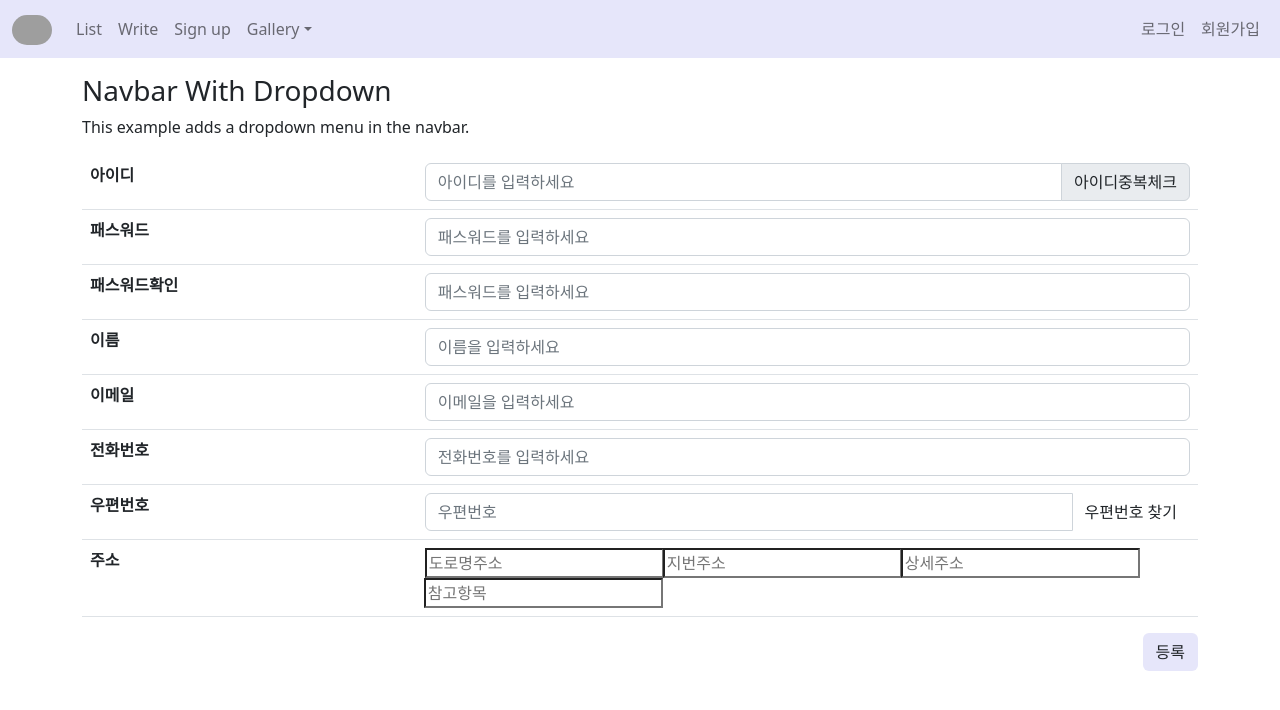
Repository: kwakhimoly/ws_backup
Page: http://localhost/myapp3/WEB-INF/views/member/member_write.jsp
These files come from the project's save history. The page is drawn as it stood at one moment and after the next save; the edit follows.
The browser window is 1280 px wide. The pictures show the whole page.
Pictures or frames that could not be fetched are drawn as grey boxes. The page is served by Tomcat 9. Nobody is signed in. Other server files are loaded and not shown. The template is opened directly, without the code that normally fills it, so the values that code supplies are empty.

Above is the page before, as saved 2023-02-13 06:22:43.

### spws/myapp3/src/main/webapp/WEB-INF/views/member/member_write.jsp
<%@ page language="java" contentType="text/html; charset=UTF-8"
	pageEncoding="UTF-8"%>
<!DOCTYPE html>
<html>
<head>
<meta charset="UTF-8">
<title>Insert title here</title>
<meta name="viewport" content="width=device-width, initial-scale=1">
<link
	href="https://cdn.jsdelivr.net/npm/bootstrap@5.2.3/dist/css/bootstrap.min.css"
	rel="stylesheet">
<script src="https://cdn.jsdelivr.net/npm/bootstrap@5.2.3/dist/js/bootstrap.bundle.min.js"></script>
<script src="https://ajax.googleapis.com/ajax/libs/jquery/3.6.1/jquery.min.js"></script>
<script src="//t1.daumcdn.net/mapjsapi/bundle/postcode/prod/postcode.v2.js"></script>
</head>
<body>
	<form name="myform" id="myform">
		<input type="hidden" name="idcheck" id="idcheck" value="N">
		<!-- 메뉴 -->
		<%@ include file="../include/navbar.jsp"%>



		<div class="container mt-3">
			<h3>Navbar With Dropdown</h3>
			<p>This example adds a dropdown menu in the navbar.</p>


			<table class="table">
				<colgroup>
					<col width="30%">
					<col width="*">
				</colgroup>
				<tbody>
					<tr>
						<th>아이디</th>
						<td>
							<div class="input-group">
								<input type="text" class="form-control" placeholder="아이디를 입력하세요"
									name="user_id" id="user_id"> <button type="button"
									class="input-group-text" onclick="goIdcheck()">아이디중복체크</button>
							</div>
						</td>
					</tr>
					<tr>
						<th>패스워드</th>
						<td>
							<div class="input-group">
								<input type="password" class="form-control"
									placeholder="패스워드를 입력하세요" name="password" id="password">
							</div>
						</td>
					</tr>
					<tr>
						<th>패스워드확인</th>
						<td>
							<div class="input-group">
								<input type="password" class="form-control"
									placeholder="패스워드를 입력하세요" name="password2" id="password2">
							</div>
						</td>
					</tr>
					<tr>
						<th>이름</th>
						<td>
							<div class="input-group">
								<input type="text" class="form-control" placeholder="이름을 입력하세요"
									name="user_name" id="user_name">
							</div>
						</td>
					</tr>
					<tr>
						<th>이메일</th>
						<td>
							<div class="input-group">
								<input type="email" class="form-control" placeholder="이메일을 입력하세요"
									name="email" id="email">
							</div>
						</td>
					</tr>
					<tr>
						<th>전화번호</th>
						<td>
							<div class="input-group">
								<input type="tel" class="form-control" placeholder="전화번호를 입력하세요"
									name="phone" id="phone">
							</div>
						</td>
					</tr>
					<tr>
						<th>우편번호</th>
						<td>
					<div class="input-group">
						<input type="text" class="form-control" id="sample4_postcode" placeholder="우편번호">
						<input type="button" class="btn" onclick="sample4_execDaumPostcode()" value="우편번호 찾기">
					</div>
						</td>
					</tr>

					<tr>
						<th>주소</th>
						<td>
					<div class="input-group">
						<input type="text" id="sample4_roadAddress" placeholder="도로명주소">
						<input type="text" id="sample4_jibunAddress" placeholder="지번주소">
						<span id="guide" style="color:#999;display:none"></span>
						<input type="text" id="sample4_detailAddress" placeholder="상세주소">
						<input type="text" id="sample4_extraAddress" placeholder="참고항목">
					</div>
						</td>
					</tr>
				</tbody>
			</table>
		</div>

		</div>

		<div class="container" style="text-align: right">
			<button type="button" class="btn" style="background-color: lavender" onclick="goSave()">등록</button>
		</div>
	</form>
</body>


<script>
    //본 예제에서는 도로명 주소 표기 방식에 대한 법령에 따라, 내려오는 데이터를 조합하여 올바른 주소를 구성하는 방법을 설명합니다.
    function sample4_execDaumPostcode() {
        new daum.Postcode({
            oncomplete: function(data) {
                // 팝업에서 검색결과 항목을 클릭했을때 실행할 코드를 작성하는 부분.

                // 도로명 주소의 노출 규칙에 따라 주소를 표시한다.
                // 내려오는 변수가 값이 없는 경우엔 공백('')값을 가지므로, 이를 참고하여 분기 한다.
                var roadAddr = data.roadAddress; // 도로명 주소 변수
                var extraRoadAddr = ''; // 참고 항목 변수

                // 법정동명이 있을 경우 추가한다. (법정리는 제외)
                // 법정동의 경우 마지막 문자가 "동/로/가"로 끝난다.
                if(data.bname !== '' && /[동|로|가]$/g.test(data.bname)){
                    extraRoadAddr += data.bname;
                }
                // 건물명이 있고, 공동주택일 경우 추가한다.
                if(data.buildingName !== '' && data.apartment === 'Y'){
                   extraRoadAddr += (extraRoadAddr !== '' ? ', ' + data.buildingName : data.buildingName);
                }
                // 표시할 참고항목이 있을 경우, 괄호까지 추가한 최종 문자열을 만든다.
                if(extraRoadAddr !== ''){
                    extraRoadAddr = ' (' + extraRoadAddr + ')';
                }

                // 우편번호와 주소 정보를 해당 필드에 넣는다.
                document.getElementById('sample4_postcode').value = data.zonecode;
                document.getElementById("sample4_roadAddress").value = roadAddr;
                document.getElementById("sample4_jibunAddress").value = data.jibunAddress;

                // 참고항목 문자열이 있을 경우 해당 필드에 넣는다.
                if(roadAddr !== ''){
                    document.getElementById("sample4_extraAddress").value = extraRoadAddr;
                } else {
                    document.getElementById("sample4_extraAddress").value = '';
                }

                var guideTextBox = document.getElementById("guide");
                // 사용자가 '선택 안함'을 클릭한 경우, 예상 주소라는 표시를 해준다.
                if(data.autoRoadAddress) {
                    var expRoadAddr = data.autoRoadAddress + extraRoadAddr;
                    guideTextBox.innerHTML = '(예상 도로명 주소 : ' + expRoadAddr + ')';
                    guideTextBox.style.display = 'block';

                } else if(data.autoJibunAddress) {
                    var expJibunAddr = data.autoJibunAddress;
                    guideTextBox.innerHTML = '(예상 지번 주소 : ' + expJibunAddr + ')';
                    guideTextBox.style.display = 'block';
                } else {
                    guideTextBox.innerHTML = '';
                    guideTextBox.style.display = 'none';
                }
            }
        }).open();
    }

function goSave() {
	if($("#idcheck").val()=="N"){
		alert("아이디 중복체크를 하세요");
		$("#user_id").focus();
		return;
	}
	var frm = document.myform;
	frm.action="<%=request.getContextPath()%>/member/save";
//	$("#user_id").prop("disabled", false);
//		-> disabled 쓰고 싶은데 폼 전송으로 값 전달도 해야 하면 submit 전에 disabled 해제
	frm.submit();
}
function goIdcheck(){
	let user_id = $("#user_id").val().trim();

	if(user_id==""){
		alert("아이디를 입력하세요");
		$("#user_id").focus();
		return;
	}

	$.ajax({
		url:"<%=request.getContextPath()%>/member/idcheck",
		data: {"user_id":user_id},
		method: "POST",
		dataType: "JSON"
	})
	.done(function (response){
		if(response.result=="success"){
			$("#idcheck").val("Y");
			$("#user_id").prop("readonly", true);
			/*
			prop("disabled",true)로 하면 파라미터 값이 안 넘어감
			readonly : input type="text" 에만 가능. 사용자는 value 값을 변경할 수 없음.
			disabled : 모든 input 객체에 대하여 비활성화 처리 가능. Form 전송시 해당 객체는 전송이 안됨.
			*/
			alert("사용가능한 아이디입니다.");
		} else{
			alert("이미 사용중인 아이디입니다.");
		}
	})
	.fail(function (response, status, error){
		console.log(error);
	});
}
</script>
</html>

### spws/myapp3/src/main/webapp/WEB-INF/views/include/navbar.jsp
<%@ page language="java" contentType="text/html; charset=UTF-8"
	pageEncoding="UTF-8"%>
<!-- 메뉴 -->
<meta charset="UTF-8">
<!-- 한글 깨짐 방지 -->
<%
// 공통변수 CONTEXT 만들어 놓고 갖다 쓰기
String CONTEXT = request.getContextPath();
%>


<nav class="navbar navbar-expand-sm navbar-light" style="background-color: lavender">
	<div class="container-fluid">
		<a class="navbar-brand" href="<%=CONTEXT%>"> <img
			src="https://imjustcreative.com/wp-content/uploads/2015/11/Screenshot-2019-11-23-17.32.44.jpg" alt="Avatar Logo"
			style="width: 40px;" class="rounded-pill">
		</a>

		<button class="navbar-toggler" type="button" data-bs-toggle="collapse"
			data-bs-target="#collapsibleNavbar">
			<span class="navbar-toggler-icon"></span>
		</button>
		<div class="collapse navbar-collapse" id="collapsibleNavbar">
			<ul class="navbar-nav">
				<li class="nav-item"><a class="nav-link"
					href="<%=CONTEXT%>/board/list?pg=0">List</a></li>
				<li class="nav-item"><a class="nav-link"
					href="<%=CONTEXT%>/board/write">Write</a></li>
				<li class="nav-item"><a class="nav-link"
					href="<%=CONTEXT%>/member/write">Sign up</a></li>
				<li class="nav-item dropdown"><a
					class="nav-link dropdown-toggle" href="#" role="button"
					data-bs-toggle="dropdown">Gallery</a>
					<ul class="dropdown-menu">
						<li><a class="dropdown-item" href="<%=CONTEXT%>/gallery/list">Gallery list</a></li>
						<li><a class="dropdown-item" href="<%=CONTEXT%>/gallery/write">Gallery write</a></li>
						<li><a class="dropdown-item" href="#">A third link</a></li>
					</ul></li>
			</ul>
		</div>
		<%if(session.getAttribute("user_id")==null||session.getAttribute("user_id").equals("")) {%>
			<ul class="navbar-nav justify-content-end">
				<li class="nav-item">
				<a class="nav-link" href="<%=CONTEXT%>/member/login">로그인</a>
				</li>
				<li class="nav-item">
				<a class="nav-link" href="<%=CONTEXT%>/member/write">회원가입</a>
				</li>
			</ul>
		<%} else {%>
			<ul class="navbar-nav justify-content-end">
				<li class="nav-item">
				<a class="nav-link" href="#none"><%=session.getAttribute("user_name") %></a>
				</li>
				<li class="nav-item">
				<a class="nav-link" href="#none" onclick="goLogout()">로그아웃</a>
				</li>
			</ul>
		<%} %>
	</div>
</nav>
<script type="text/javascript">
function goLogout() {
	$.ajax({
		url:"<%=request.getContextPath()%>/member/logout",
		method:"POST",
		dataType:"JSON"
	})
	.done(function (response){
		alert(response.message);
		if(response.result=="success"){
			location.href="<%=request.getContextPath()%>/";
		}
	})
	.fail((response, status, error)=>{
		console.log(error);
	});
}

</script>

After the next save:
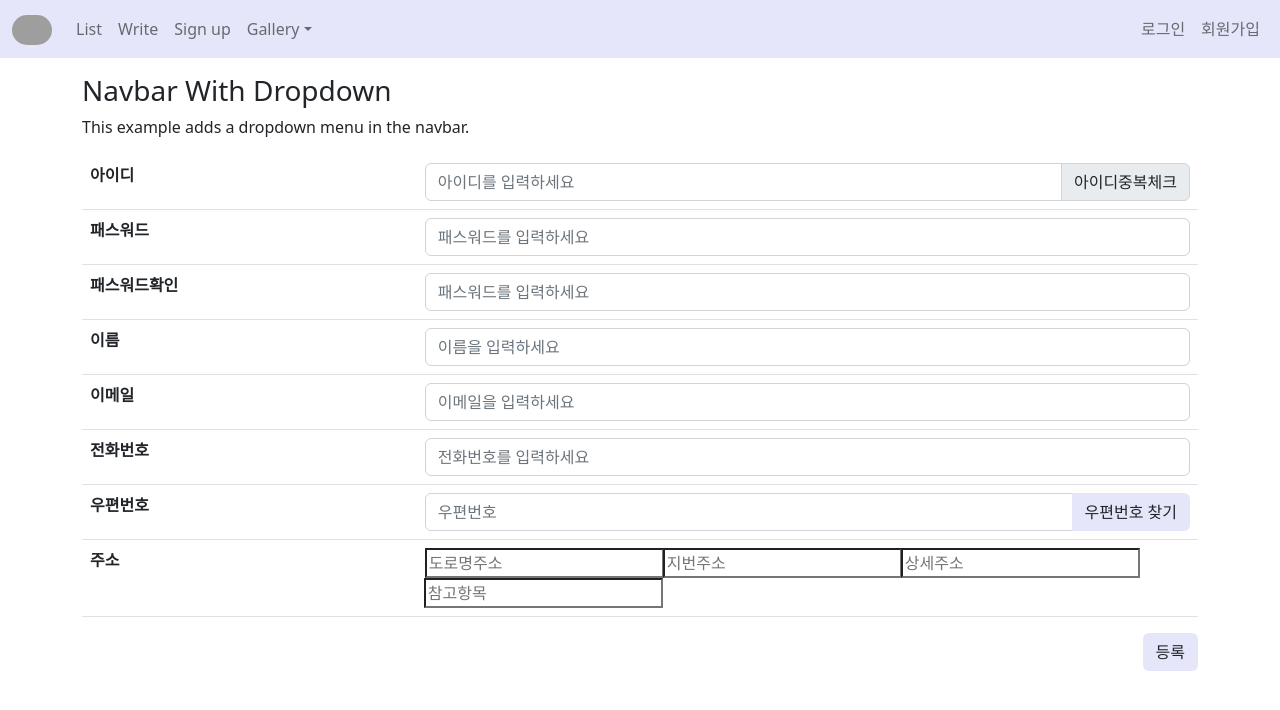
Saved 17 s later.
--- a/spws/myapp3/src/main/webapp/WEB-INF/views/member/member_write.jsp
+++ b/spws/myapp3/src/main/webapp/WEB-INF/views/member/member_write.jsp
@@ -92,7 +92,7 @@
 						<td>
 					<div class="input-group">
 						<input type="text" class="form-control" id="sample4_postcode" placeholder="우편번호">
-						<input type="button" class="btn" onclick="sample4_execDaumPostcode()" value="우편번호 찾기">
+						<input type="button" class="btn" style="background-color: lavender" onclick="sample4_execDaumPostcode()" value="우편번호 찾기">
 					</div>
 						</td>
 					</tr>
